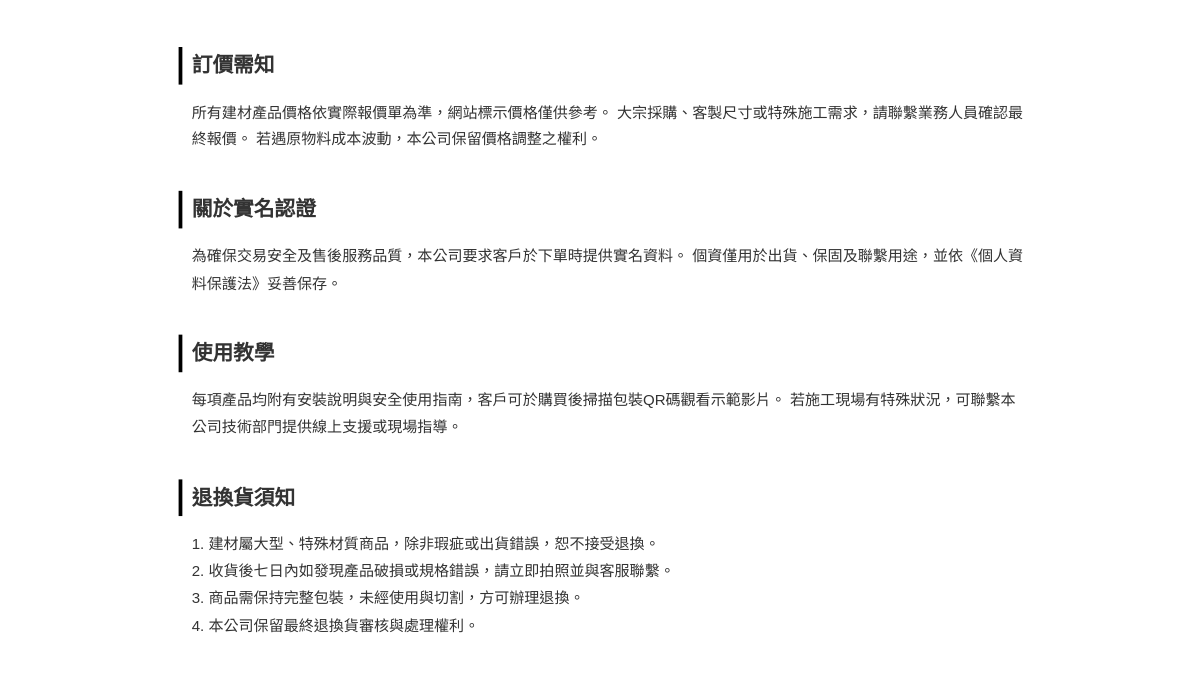
Repository: Jeffrey0117/wood
Page: refund.html
These files come from the project's save history. The page is drawn as it stood at one moment and after the next save; the edit follows.
The browser window is 1280 px wide. The pictures show the whole page, at 94% of full size.

Above is the page before, as saved 2025-10-31 19:43:01.

### refund.html
<!DOCTYPE html>
<html lang="zh-Hant">
<head>
  <meta charset="UTF-8">
  <title>退換貨須知 | 建材公司</title>
  <style>
    body {
      font-family: "Microsoft JhengHei", sans-serif;
      line-height: 1.8;
      color: #333;
      max-width: 900px;
      margin: 50px auto;
      padding: 0 20px;
    }
    h2 {
      font-size: 22px;
      font-weight: 700;
      margin-top: 40px;
      margin-bottom: 10px;
      border-left: 4px solid #000;
      padding-left: 10px;
    }
    p {
      margin-left: 14px;
      margin-bottom: 20px;
    }
  </style>
</head>
<body>

  <h2>訂價需知</h2>
  <p>
    所有建材產品價格依實際報價單為準，網站標示價格僅供參考。
    大宗採購、客製尺寸或特殊施工需求，請聯繫業務人員確認最終報價。
    若遇原物料成本波動，本公司保留價格調整之權利。
  </p>

  <h2>關於實名認證</h2>
  <p>
    為確保交易安全及售後服務品質，本公司要求客戶於下單時提供實名資料。
    個資僅用於出貨、保固及聯繫用途，並依《個人資料保護法》妥善保存。
  </p>

  <h2>使用教學</h2>
  <p>
    每項產品均附有安裝說明與安全使用指南，客戶可於購買後掃描包裝QR碼觀看示範影片。
    若施工現場有特殊狀況，可聯繫本公司技術部門提供線上支援或現場指導。
  </p>

  <h2>退換貨須知</h2>
  <p>
    1. 建材屬大型、特殊材質商品，除非瑕疵或出貨錯誤，恕不接受退換。<br>
    2. 收貨後七日內如發現產品破損或規格錯誤，請立即拍照並與客服聯繫。<br>
    3. 商品需保持完整包裝，未經使用與切割，方可辦理退換。<br>
    4. 本公司保留最終退換貨審核與處理權利。
  </p>

</body>
</html>

After the next save:
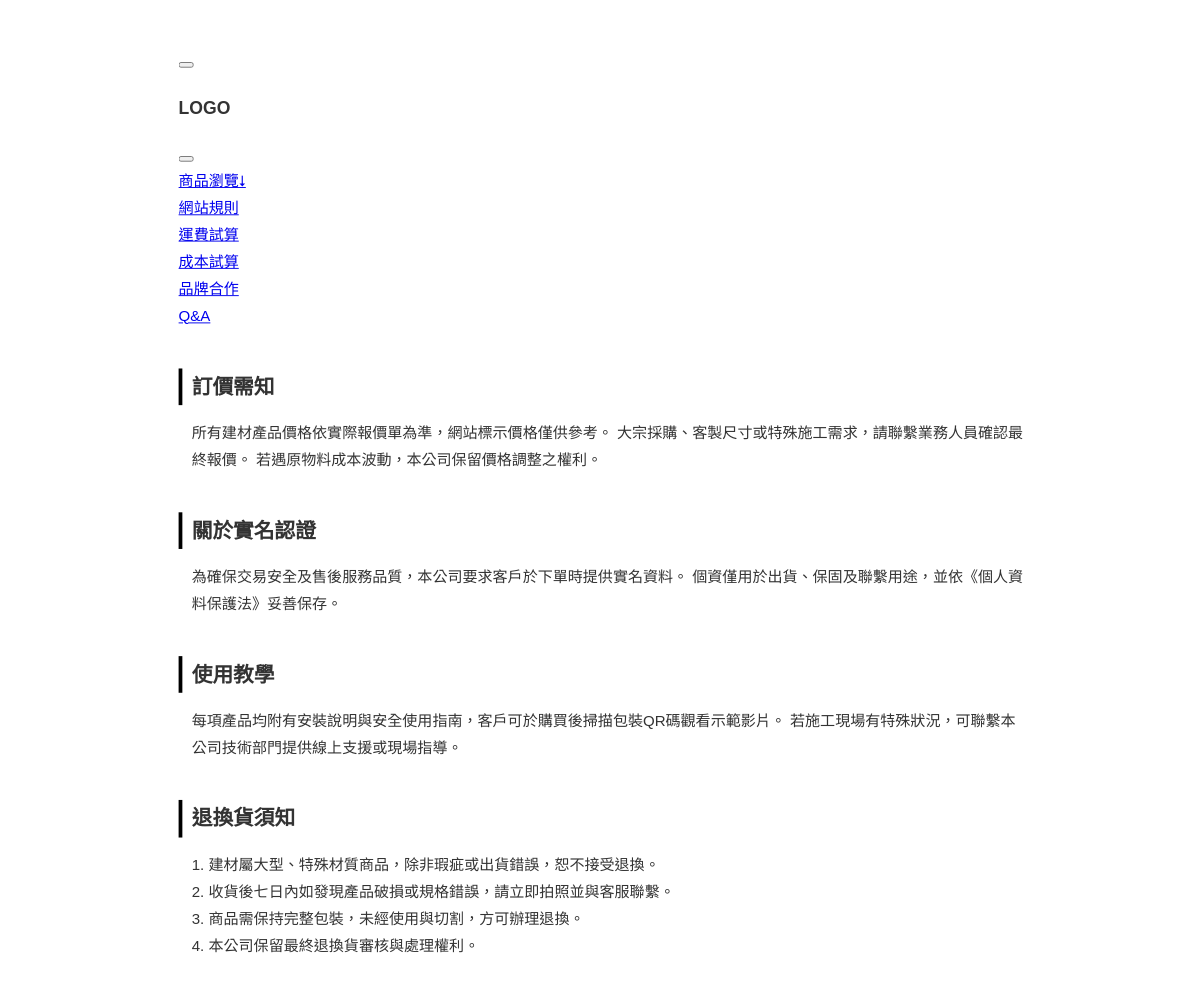
Saved 8 min 55 s later.
--- a/refund.html
+++ b/refund.html
@@ -26,6 +26,85 @@
     }
   </style>
 </head>
+<!-- Header -->
+<header class="flex items-center transition-[height] shrink-0 bg-background h-(--header-height)" id="header" data-kt-sticky="true" data-kt-sticky-class="transition-[height] fixed z-10 top-0 left-0 right-0 shadow-xs backdrop-blur-md bg-background/70 border border-border" data-kt-sticky-name="header" data-kt-sticky-offset="100px">
+  <!-- Container -->
+  <div class="kt-container-fixed flex lg:justify-between items-center gap-2.5">
+    <!-- Logo -->
+    <div class="flex items-center gap-1 lg:w-[400px] grow lg:grow-0">
+      <button class="kt-btn kt-btn-icon kt-btn-ghost -ms-2.5 lg:hidden" data-kt-drawer-toggle="#navbar">
+        <i class="ki-filled ki-menu"></i>
+      </button>
+      <div class="flex items-center gap-2">
+        <h3 class="text-mono text-lg font-medium hidden md:block">LOGO</h3>
+      </div>
+    </div>
+    <!-- End of Logo -->
+
+    <!-- Topbar -->
+    <div class="flex items-center gap-2 lg:gap-4 lg:w-[400px] justify-end">
+      <button class="kt-btn kt-btn-icon kt-btn-ghost size-9 relative rounded-full hover:bg-primary/10 [&.active]:bg-primary/10 hover:[&_i]:text-primary [&.active]:[&_i]:text-primary">
+        <i class="ki-filled ki-handcart text-lg text-xl"></i>
+      </button>
+    </div>
+    <!-- End of Topbar -->
+  </div>
+  <!-- End of Container -->
+</header>
+<!-- End of Header -->
+
+<!-- Navbar -->
+<div class="bg-muted hidden lg:flex lg:items-stretch border-y border-input lg:mb-10 [--kt-drawer-enable:true] lg:[--kt-drawer-enable:false]" id="navbar" data-kt-drawer="true" data-kt-drawer-class="kt-drawer kt-drawer-start fixed z-10 top-0 bottom-0 w-full me-5 max-w-[250px] p-5 lg:p-0 overflow-auto">
+  <div class="kt-container-fixed lg:flex lg:flex-wrap lg:justify-between lg:items-center gap-2 px-0 lg:px-7.5">
+    <div class="kt-menu items-stretch flex-col lg:flex-row gap-5 lg:gap-7.5 grow lg:grow-0" id="mega_menu">
+
+      <!-- 商品瀏覽 -->
+      <div class="kt-menu-item">
+        <a href="#" class="kt-menu-link lg:py-4 text-foreground text-sm font-medium">
+          商品瀏覽⭣
+        </a>
+      </div>
+
+      <!-- 網站規則 -->
+      <div class="kt-menu-item">
+        <a href="#" class="kt-menu-link lg:py-4 text-foreground text-sm font-medium">
+          網站規則
+        </a>
+      </div>
+
+      <!-- 運費試算 -->
+      <div class="kt-menu-item">
+        <a href="#" class="kt-menu-link lg:py-4 text-foreground text-sm font-medium">
+          運費試算
+        </a>
+      </div>
+
+      <!-- 成本試算 -->
+      <div class="kt-menu-item">
+        <a href="#" class="kt-menu-link lg:py-4 text-foreground text-sm font-medium">
+          成本試算
+        </a>
+      </div>
+
+      <!-- 品牌合作 -->
+      <div class="kt-menu-item">
+        <a href="#" class="kt-menu-link lg:py-4 text-foreground text-sm font-medium">
+          品牌合作
+        </a>
+      </div>
+
+      <!-- Q&A -->
+      <div class="kt-menu-item">
+        <a href="#" class="kt-menu-link lg:py-4 text-foreground text-sm font-medium">
+          Q&A
+        </a>
+      </div>
+
+    </div>
+  </div>
+</div>
+<!-- End of Navbar -->
+
 <body>
 
   <h2>訂價需知</h2>
